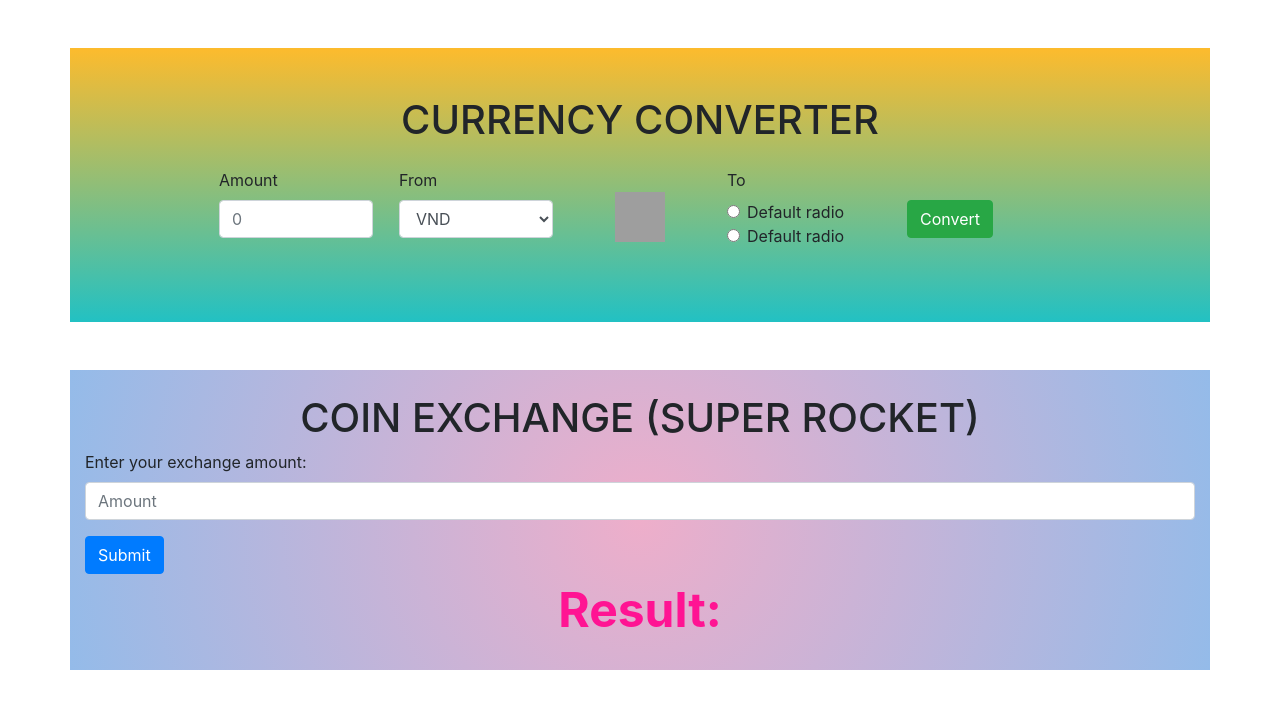
Repository: tts2610/MoneyConverter
Page: index.html
These files come from the project's save history. The page is drawn as it stood at one moment and after the next save; the edit follows.
The browser window is 1280 px wide. The pictures show the whole page.
Pictures or frames that could not be fetched are drawn as grey boxes.

Above is the page before, as saved 2020-05-12 14:58:22.

After the next save:
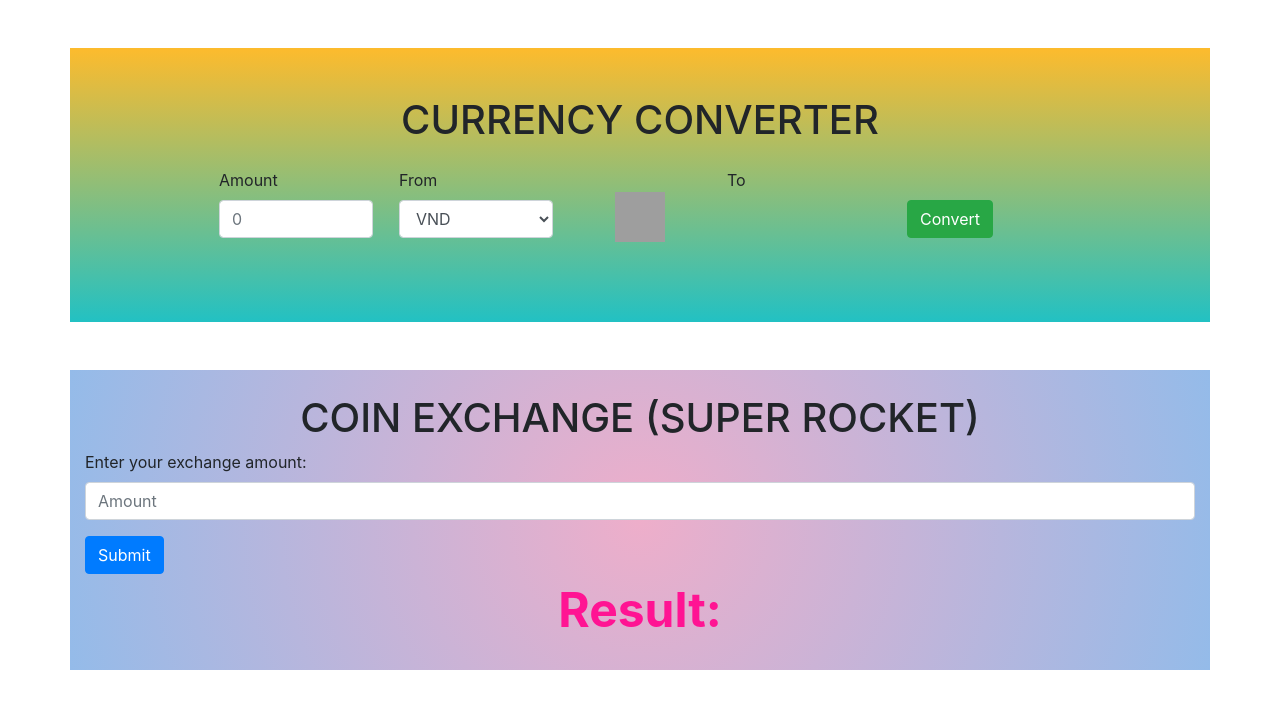
Saved 53 s later.
--- a/index.html
+++ b/index.html
@@ -41,7 +41,7 @@
             <div class="col mt-3">
                 <label>To</label>
                 <div id="toCurrency">
-                    <div class="form-check">
+                    <!-- <div class="form-check">
                         <input class="form-check-input" type="radio">
                         <label class="form-check-label">
                           Default radio
@@ -52,7 +52,7 @@
                         <label class="form-check-label">
                           Default radio
                     </label>
-                    </div>
+                    </div> -->
                 </div>
 
                 </select>
